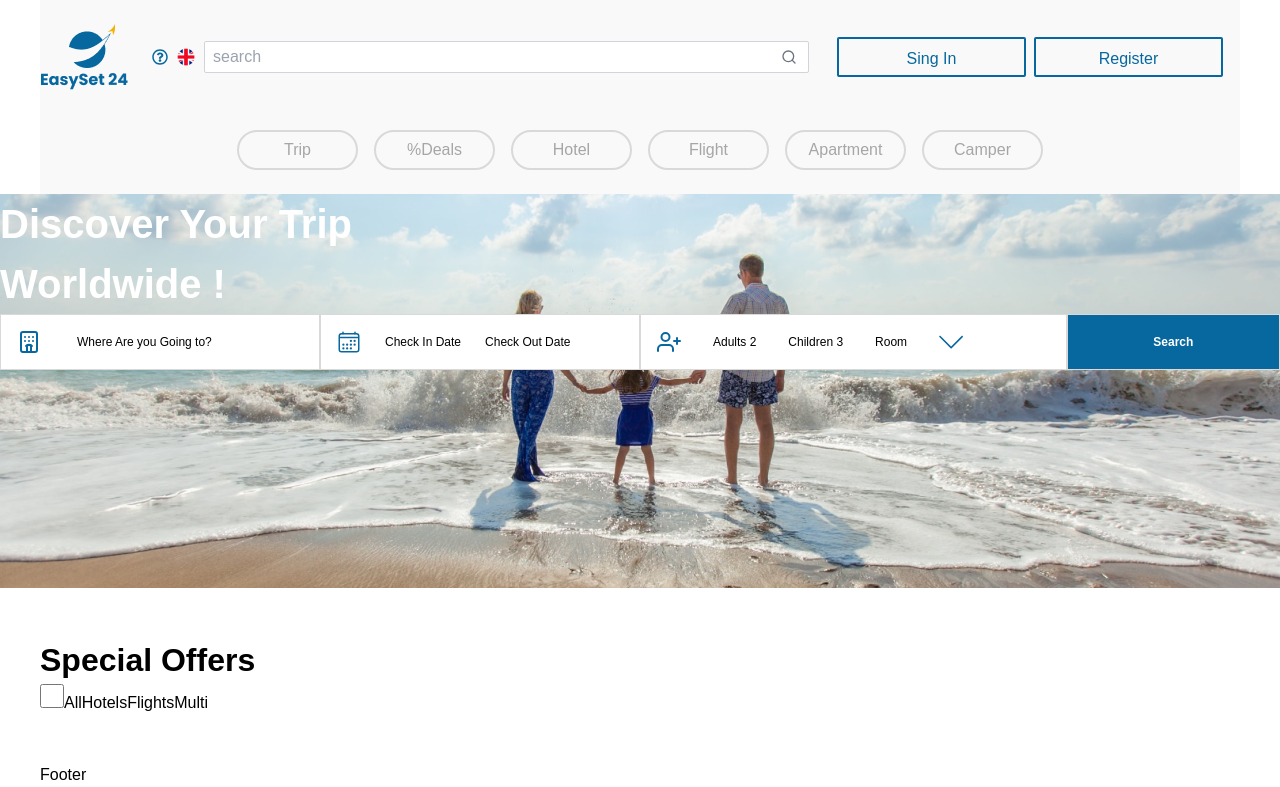
Repository: Quynhhuong150322/DIKO_STUDY_TRAVEL_WEB
Page: /
These files come from the project's save history. The page is drawn as it stood at one moment and after the next save; the edit follows.
The browser window is 1280 px wide. The pictures show the whole page.
The project was rebuilt for these pictures with package versions that can differ from the ones it lists, and the page was loaded fresh each time. Also part of the build but not shown: src/components/Login.js, src/components/Register.js. Imported but missing from the stored project, and not drawn on this page: src/redux/slices/authSlice.

Above is the page before, as saved 2024-02-23 10:07:17.

### src/index.css
@tailwind base;
@tailwind components;
@tailwind utilities;

@import url("https://fonts.googleapis.com/css2?family=Poppins:wght@100;300;400;500;600&display=swap");

@layer base {
  html {
    font-family: "Poppins", sans-serif;
  }
  * {
    margin: 0;
    padding: 0;
    box-sizing: border-box;
    scroll-behavior: smooth;
    /* background-color: #F9F9F9; */
  }
}

@layer components {
  .max-container {
    max-width: 1260px;
    /* min-height: 100vh; */
    margin: 0 auto;
    padding: 0 30px;
    /* display: flex; */
    /* flex-direction: column; */
    justify-content: space-between;
  }
  .button {
    width: 189px;
    height: 40px;
    border-style: solid;
    border-width: 2px;
    border-color: #07689F;
    color: #07689F;
  }
  .tabMenu {
    width: 121px;
    height: 40px;
    color: #D9D9D9;
    border-style: solid;
    border-width: 2px;
    border-color: #D9D9D9;
    color: #D9D9D9;
    border-radius: 9999px;
  }
  .tabSearch {
    /* max-width: 1190px; */
    height: 56px;
    border-style: solid;
    border-width: 1px;
    border-color: #D9D9D9;
    padding: 0 16px;
    font-size: 12px;
  }
  /* .text_h2 {
    font-size: 32px;
    font-style: bold;
  } */
}

### src/App.js
import React from "react";
import Navbar from "./components/Navbar";
import Footer from "./components/Footer";
import AppRoutes from "./routes/AppRoutes";
import { BrowserRouter as Router } from "react-router-dom";

const App = () => {
  return (
    <Router>
      <div className="">
        <div className="max-container">
          <Navbar />
        </div>
        <div>
          <AppRoutes />
        </div>
        <div className="max-container">
          <Footer />
        </div>
      </div>
    </Router>
  );
};

export default App;

### src/redux/store.js
import { configureStore } from "@reduxjs/toolkit";
import authReducer from "./slices/authSlice";

export const store = configureStore({
  reducer: {
    users: authReducer,
  },
});

### src/components/Navbar.js
import React from 'react'
import Logo from '../assets/images/Header/Logo.png'
import EL from '../assets/images/Header/England.png'
import { FaRegQuestionCircle } from "react-icons/fa";
import { LuSearch } from "react-icons/lu";

const MenuData = [
    {
        id: 1,
        name: 'Trip',
    },
    {
        id: 2,
        name: '%Deals',
    },
    {
        id: 3,
        name: 'Hotel',
    },
    {
        id: 4,
        name: 'Flight',
    },
    {
        id: 5,
        name: 'Apartment',
    },
    {
        id: 6,
        name: 'Camper',
    },
]

const Navbar = () => {
    return (
        <div className='bg-neutral py-[24px]'>
            <div className="flex flex-col gap-10">
                {/* Header Section  */}
                <div className='flex gap-2 items-center'>
                    <img src={Logo} alt="" />
                    <div className='flex gap-7 items-center'>
                        <div className="flex gap-1 items-center">
                            <FaRegQuestionCircle className='text-primary' />
                            <img src={EL} alt="" className='w-7 h-7' />
                            {/* Search  */}
                            <div className="relative flex items-center">
                                <input
                                    type="text"
                                    placeholder="search"
                                    className="w-[605px] h-[32px] rounded-sm border border-gray-300 px-2 py-1 focus:outline-none focus:border-1 focus:border-primary"
                                />
                                <LuSearch className="text-gray-500 group-hover:text-primary absolute top-1/2 -translate-y-1/2 right-3 cursor-pointer" />
                            </div>
                        </div>
                        <div className='flex gap-2 items-center'>
                            <button className='button border-primary bg-neutral hover:scale-105 py-2 px-4 rounded-sm'>
                                Sing In
                            </button>
                            <button className='button border-primary bg-neutral hover:scale-105 py-2 px-4 rounded-sm'>
                                Register
                            </button>
                        </div>
                    </div>
                    <div>
                    </div>
                </div>
                {/* Upper Nav  */}
                <div className=''>
                    <div className=' '>
                        <ul className='flex justify-center gap-4'>
                            {
                                MenuData.map((data) => (
                                    <button key={data.id} className='text-pri tabMenu focus:bg-primary focus:text-white focus:font-bold focus:border-primary inline-block hover:text-primary' >
                                        {data.name}
                                    </button>
                                ))
                            }
                        </ul>
                    </div>
                </div>
            </div>
        </div>
    )
}

export default Navbar

### src/routes/AppRoutes.js
import React from "react";
import { Switch, Route } from "react-router-dom";
import Login from "../components/Login";
import Register from "../components/Register";
import Langding from "../pages/LangdingPage/Langding";
const AppRoutes = () => {
  return (
    <div>
      <Switch>
        <Route path="/login">
          <Login />
        </Route>
        <Route path="/register">
          <Register />
        </Route>
        <Route path="/" exact>
          <Langding />
        </Route>
        <Route path="*">
          <div className="">404 not Error...</div>
        </Route>
      </Switch>
    </div>
  );
};

export default AppRoutes;

### src/pages/LangdingPage/Langding.js
import React from 'react'
import Picture from '../../assets/images/LangdingPage/Picture.png'
import { LuHotel } from "react-icons/lu";
import { IoCalendarOutline } from "react-icons/io5";
import { SlArrowDown } from "react-icons/sl";
import { FiUserPlus } from "react-icons/fi";

const BannerImg = {
  backgroundImage: `url(${Picture})`,
  backgroundPosition: "center",
  backgroundRepeat: "no-repeat",
  backgroundSize: "cover",
  height: "394px",
  width: "100%",
};
const ListMenu = [
  {
    id: 1,
    name: "All",
  },
  {
    id: 2,
    name: "Hotels",
  },
  {
    id: 3,
    name: "Flights",
  },
  {
    id: 4,
    name: "Multi",
  }
]


const Langding = () => {
  return (
    <div >
      {/* Discover Trip  */}
      <div className=' background ' style={BannerImg}>
        <div className=' '>
          <h1 className='text-3xl w-1/3 font-bold text-white bg-opacity-0'>
            Discover Your Trip Worldwide !
          </h1>
          <div class="flex flex-row  bg-white">
            <div class="basis-1/4 tabSearch flex gap-9 items-center">
              <LuHotel className='text-primary' size={24} />
              <p className=''>
                Where Are you Going to?
              </p>
            </div>
            <div class="basis-1/4 tabSearch flex gap-6 items-center">
              <IoCalendarOutline size={24} className='text-primary' />
              <p className=''>
                Check In Date
              </p>
              <p className=''>
                Check Out Date
              </p>
            </div>
            <div class="basis-1/3 tabSearch flex gap-8 items-center">
              <FiUserPlus size={24} className='text-primary' />
              <p className=''>
                Adults 2
              </p>
              <p className=''>
                Children 3
              </p>
              <p className=''>
                Room
              </p>
              <SlArrowDown size={24} className='text-primary' />
            </div>
            <div class="basis-1/6  tabSearch bg-primary flex justify-center items-center">
              <p className='font-bold text-white'>Search</p>
            </div>
          </div>
        </div>
      </div>
      {/* Special Offers */}
      <div className='max-container py-12'>
        <div className=''>
          <h2 className='text-2xl font-bold'>Special Offers</h2>
          <div className='flex '>
            <div className=''>
              <input
                type="checkbox"
                className="w-[24px] h-[24px] border border-gray-300 px-2 py-1 focus:outline-none focus:border-1 focus:border-primary"
              />
              {
                ListMenu.map((data) => (
                  <label for="checkbox" className=''>{data.name}</label>
                ))
              }
            </div>
          </div>
        </div>
      </div>
    </div >
  )
}

export default Langding

### tailwind.config.js
/** @type {import('tailwindcss').Config} */
module.exports = {
  content: ["./src/**/*.{js,jsx,ts,tsx}"],
  theme: {
    extend: {
      colors: {
        primary: "#07689F",
        secondary: "#D9D9D9",
        neutral: "#F9F9F9",
        pri: "#A6A6A6",
      },
      fontSize: {
        sm: '12px',
        base: '16px',
        xl: '20px',
        '2xl': '32px',
        '3xl': '40px',
        '4xl': '44px',
        // '5xl': '3.052rem',
      },
    },
  },
  plugins: [],
};

Loaded but not shown: public/index.html (common file); src/index.js (common file); src/reportWebVitals.js (common file); src/components/Footer.js (common file)

After the next save:
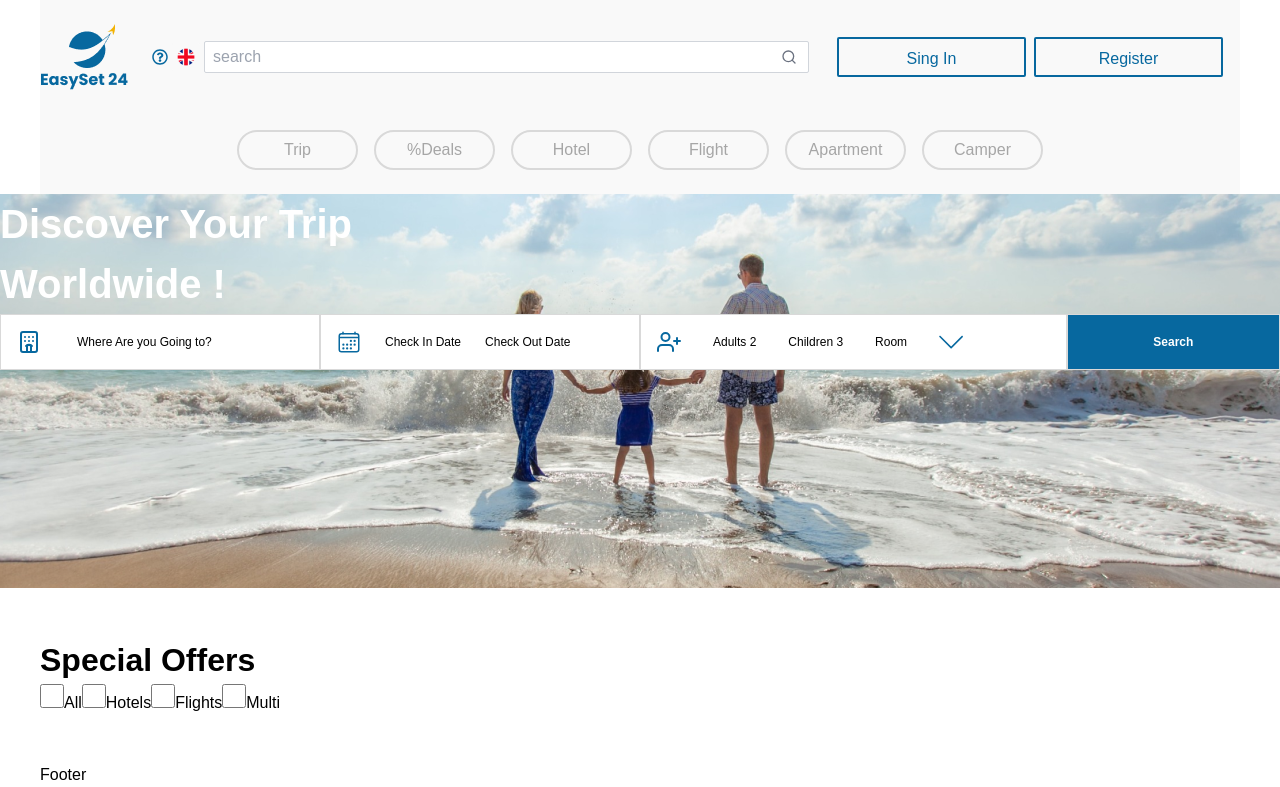
Saved 2 min 41 s later.
--- a/src/pages/LangdingPage/Langding.js
+++ b/src/pages/LangdingPage/Langding.js
@@ -83,15 +83,14 @@ const Langding = () => {
           <h2 className='text-2xl font-bold'>Special Offers</h2>
           <div className='flex '>
             <div className=''>
-              <input
-                type="checkbox"
-                className="w-[24px] h-[24px] border border-gray-300 px-2 py-1 focus:outline-none focus:border-1 focus:border-primary"
-              />
               {
                 ListMenu.map((data) => (
-                  <label for="checkbox" className=''>{data.name}</label>
+                  <><input
+                    type="checkbox"
+                    className="w-[24px] h-[24px] border border-gray-300 px-2 py-1 focus:outline-none focus:border-1 focus:border-primary" /><label for="checkbox" className=''>{data.name}</label></>
                 ))
               }
+
             </div>
           </div>
         </div>
